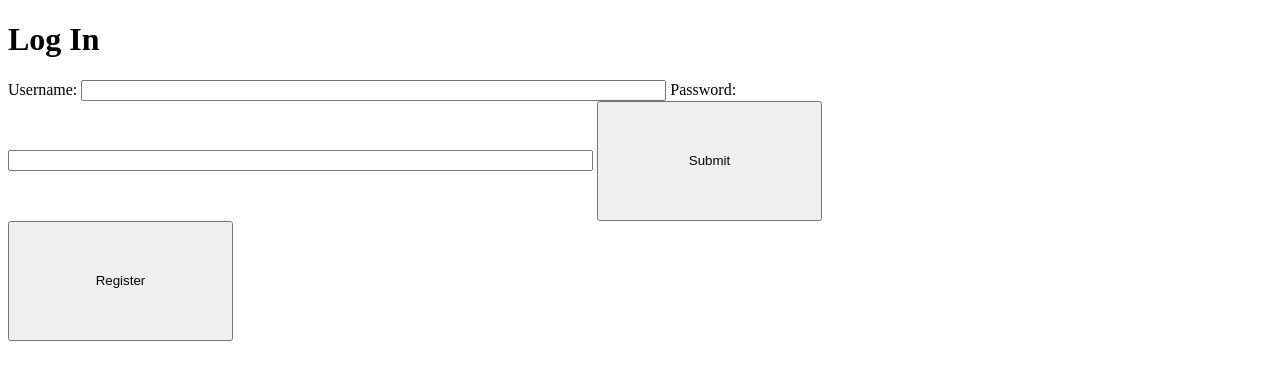
Repository: HamdanM/DatabaseProject
Page: http://localhost/DB3/login.jsp
These files come from the project's save history. The page is drawn as it stood at one moment and after the next save; the edit follows.
The browser window is 1280 px wide. The pictures show the whole page.
The page is served by Tomcat 9. Other server files are loaded and not shown.

Above is the page before, as saved 2019-07-25 16:17:18.

### DB3/WebContent/login.jsp
<%@ page language="java" contentType="text/html; charset=ISO-8859-1"
    pageEncoding="ISO-8859-1"%>
  <%@ taglib prefix="c" uri="http://java.sun.com/jsp/jstl/core" %>
<!DOCTYPE html PUBLIC "-//W3C//DTD HTML 4.01 Transitional//EN" "http://www.w3.org/TR/html4/loose.dtd">
<html>
<head>
<meta http-equiv="Content-Type" content="text/html; charset=ISO-8859-1">
<title>Log in</title>
</head>
<body>
<div id="Login" class="tab">
    <h1>Log In</h1>
</div>
    <form action="login"
          method="post">
        <input type="hidden" name="action" value="addToMailingList" >
        <label>Username: </label><input
                    type="text" name="username"
                    size="70" maxlength="70" />

        <label>Password: </label> <input
                    type="password" name="password"
                    size="70" maxlength="70" />


        <input style="height:120px;width:225px" type=
        "submit" name="submit" value=
        "Submit" />
    </form>
      <form action="register.jsp"
          method="post" class="tab">
       <input style="height:120px;width:225px" type=
        "submit" name="submit" value=
        "Register" />
</form>

</body>
</html>

After the next save:
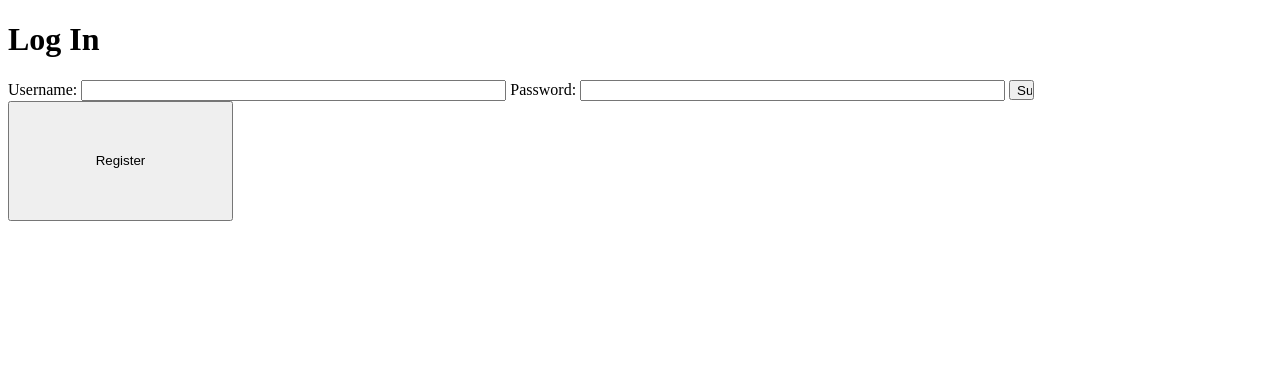
Saved 51 s later.
--- a/DB3/WebContent/login.jsp
+++ b/DB3/WebContent/login.jsp
@@ -16,14 +16,14 @@
         <input type="hidden" name="action" value="addToMailingList" >
         <label>Username: </label><input
                     type="text" name="username"
-                    size="70" maxlength="70" />
+                    size="50" maxlength="70" />
 
         <label>Password: </label> <input
                     type="password" name="password"
-                    size="70" maxlength="70" />
+                    size="50" maxlength="70" />
 
 
-        <input style="height:120px;width:225px" type=
+        <input style="height:20px;width:25px" type=
         "submit" name="submit" value=
         "Submit" />
     </form>
